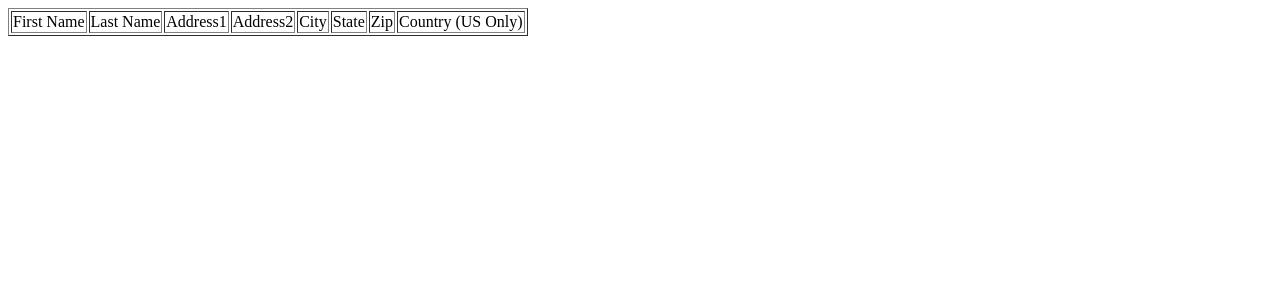
Repository: Corallion/HelloWorldRegistration
Page: http://localhost/HelloWorldAssessment/RegisteredUserReport.jsp
These files come from the project's save history. The page is drawn as it stood at one moment and after the next save; the edit follows.
The browser window is 1280 px wide. The pictures show the whole page.
The page is served by Tomcat 9. Other server files are loaded and not shown. Queries for data that is not in the repository find no rows.

Above is the page before, as saved 2016-06-05 21:38:56.

### HelloWorldAssessment/WebContent/RegisteredUserReport.jsp
<%@ page language="java" contentType="text/html; charset=ISO-8859-1"
    pageEncoding="ISO-8859-1" import="HelloWorldAssessment.*" import="java.sql.ResultSet"
    import="java.sql.Statement" import="java.sql.*" import="java.sql.DriverManager"%>
<!DOCTYPE html PUBLIC "-//W3C//DTD HTML 4.01 Transitional//EN" "http://www.w3.org/TR/html4/loose.dtd">
<html>
<head>
<meta http-equiv="Content-Type" content="text/html; charset=ISO-8859-1">
<title>Insert title here</title>
</head>
<body>
<%
	Connection adminSiteConnection = null;
	String username = "root";
	String password = "VM0xQqe1l6";
	String connectionURL = "jdbc:mysql://mysql12913-RegisteredUserReport.dal.jelastic.vps-host.net/HelloWorldRegistrationAssessment";

	try {
		Class.forName("com.mysql.jdbc.Driver").newInstance();
	} catch (InstantiationException | IllegalAccessException e) {
		e.printStackTrace();
	}

	adminSiteConnection = DriverManager.getConnection(connectionURL, username, password);

	UserInformation user = new UserInformation();
	if(adminSiteConnection == null)
	{
		System.out.println("NULL");
	}

	Statement stmt = adminSiteConnection.createStatement();
	ResultSet rs = stmt.executeQuery("select * from registereduserreport order by Date DESC");

%>
	<table border="1">
	<tr>
	<td>First Name </td>
	<td>Last Name </td>
	<td>Address1 </td>
	<td>Address2 </td>
	<td>City </td>
	<td>State </td>
	<td>Zip </td>
	<td>Country (US Only) </td>
	</tr>
<%
	while(rs.next()) { %>
	<tr>
	<td><% out.println(rs.getString("FirstName")); %></td>
	<td><% out.println(rs.getString("LastName")); %></td>
	<td><% out.println(rs.getString("Address1")); %></td>
	<td><% out.println(rs.getString("Address2")); %></td>
	<td><% out.println(rs.getString("City")); %></td>
	<td><% out.println(rs.getString("State")); %></td>
	<td><% out.println(rs.getString("Zip")); %></td>
	<td><% out.println(rs.getString("Country")); %></td>
	<td><% out.println(rs.getString("Date")); %></td>
	</tr>
	<%} %>
</table>
<%
adminSiteConnection.close();
adminSiteConnection = null;
%>

</body>
</html>

### HelloWorldAssessment/src/HelloWorldAssessment/UserInformation.java
package HelloWorldAssessment;

public class UserInformation {
	private String firstName;
	private String lastName;
	private String address1;
	private String address2;
	private String city;
	private String state;
	private String zip;
	private String country;
	private String date;

	public UserInformation() {
	}


	public String getFirstName() {
		return firstName;
	}

	public void setFirstName(String firstName) {
		this.firstName = firstName;
	}

	public String getLastName() {
		return lastName;
	}

	public void setLastName(String lastName) {
		this.lastName = lastName;
	}

	public String getAddress1() {
		return address1;
	}

	public void setAddress1(String address1) {
		this.address1 = address1;
	}

	public String getAddress2() {
		return address2;
	}

	public void setAddress2(String address2) {
		this.address2 = address2;
	}

	public String getCity() {
		return city;
	}

	public void setCity(String city) {
		this.city = city;
	}

	public String getState() {
		return state;
	}

	public void setState(String state) {
		this.state = state;
	}

	public String getZip() {
		return zip;
	}

	public void setZip(String zip) {
		this.zip = zip;
	}

	public String getCountry() {
		return country;
	}

	public void setCountry(String country) {
		this.country = country;
	}

	public String getDate() {
		return date;
	}

	public void setDate(String date) {
		this.date = date;
	}


}

After the next save:
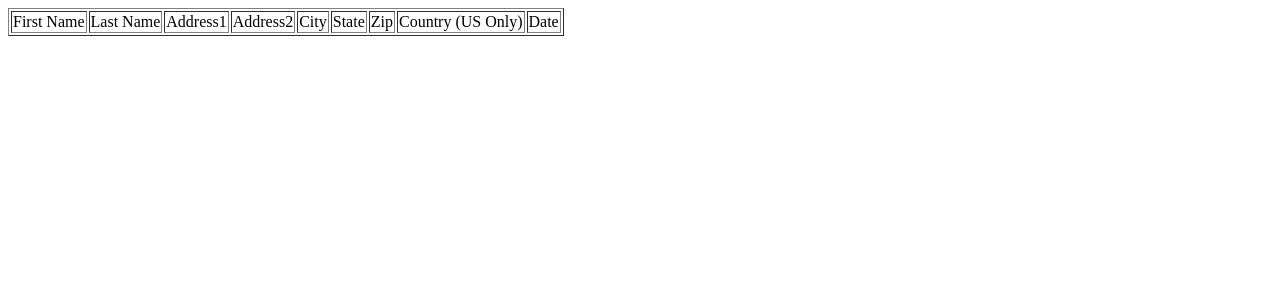
Saved 4 min 59 s later.
--- a/HelloWorldAssessment/WebContent/RegisteredUserReport.jsp
+++ b/HelloWorldAssessment/WebContent/RegisteredUserReport.jsp
@@ -42,6 +42,7 @@
 	<td>State </td>
 	<td>Zip </td>
 	<td>Country (US Only) </td>
+	<td>Date </td>
 	</tr>
 <%
 	while(rs.next()) { %>
